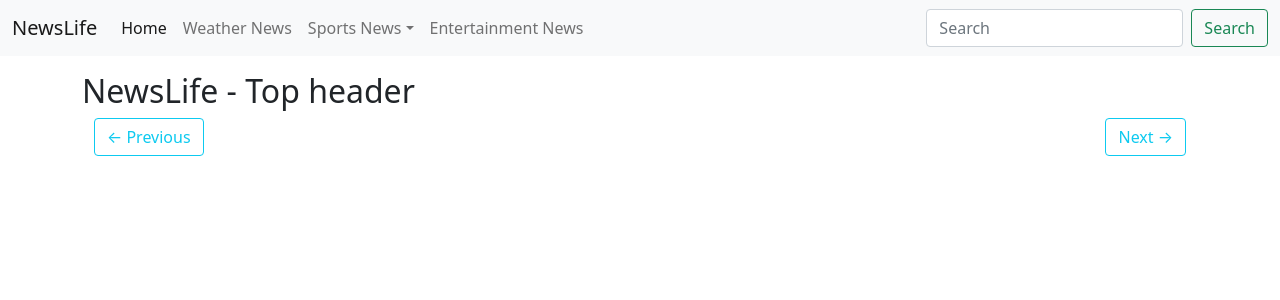
Repository: R-cpu-jpg/Newsapp.github.io
Page: /
The author's editor kept a copy of each file at every save. The page is drawn from the files as they stood at one save, then again after the next save.
The browser window is 1280 px wide. The pictures show the whole page.
The page's requests for data from a server got no answer. The project was rebuilt for these pictures with package versions that can differ from the ones it lists, and the page was loaded fresh each time. No one was signed in, and anything a server would have sent is missing. Also part of the build but not shown: src/index.css, src/App.css, src/Components/NewsItem.js.

Above is the page before, as saved 2023-01-19 12:00:48.

### public/index.html
<!DOCTYPE html>
<html lang="en">
  <head>
    <meta charset="utf-8" />
    <link rel="icon" href="%PUBLIC_URL%/favicon.ico" />
    <meta name="viewport" content="width=device-width, initial-scale=1" />
    <meta name="theme-color" content="#000000" />
    <meta
      name="description"
      content="NewsLife is the site who grab the most of useful information about the all our world. It is also international website that contains the latest news. If you are interested in news of Weather, Politics, Sports, and Film industries. NewsLife is only for you."
    />
    <link rel="apple-touch-icon" href="%PUBLIC_URL%/logo192.png" />
    <!--
      manifest.json provides metadata used when your web app is installed on a
      user's mobile device or desktop. See https://developers.google.com/web/fundamentals/web-app-manifest/
    -->
    <link rel="manifest" href="%PUBLIC_URL%/manifest.json" />
    <link href="https://cdn.jsdelivr.net/npm/bootstrap@5.0.2/dist/css/bootstrap.min.css" rel="stylesheet" integrity="sha384-EVSTQN3/azprG1Anm3QDgpJLIm9Nao0Yz1ztcQTwFspd3yD65VohhpuuCOmLASjC" crossorigin="anonymous">
    <!--
      Notice the use of %PUBLIC_URL% in the tags above.
      It will be replaced with the URL of the `public` folder during the build.
      Only files inside the `public` folder can be referenced from the HTML.

      Unlike "/favicon.ico" or "favicon.ico", "%PUBLIC_URL%/favicon.ico" will
      work correctly both with client-side routing and a non-root public URL.
      Learn how to configure a non-root public URL by running `npm run build`.
    -->
    <title>NewsLife - get daily news free!</title>
  </head>
  <body>
    <noscript>You need to enable JavaScript to run this app.</noscript>
    <div id="root"></div>
    <!--
      This HTML file is a template.
      If you open it directly in the browser, you will see an empty page.

      You can add webfonts, meta tags, or analytics to this file.
      The build step will place the bundled scripts into the <body> tag.

      To begin the development, run `npm start` or `yarn start`.
      To create a production bundle, use `npm run build` or `yarn build`.
    -->
    <script src="https://cdn.jsdelivr.net/npm/@popperjs/core@2.9.2/dist/umd/popper.min.js" integrity="sha384-IQsoLXl5PILFhosVNubq5LC7Qb9DXgDA9i+tQ8Zj3iwWAwPtgFTxbJ8NT4GN1R8p" crossorigin="anonymous"></script>
<script src="https://cdn.jsdelivr.net/npm/bootstrap@5.0.2/dist/js/bootstrap.min.js" integrity="sha384-cVKIPhGWiC2Al4u+LWgxfKTRIcfu0JTxR+EQDz/bgldoEyl4H0zUF0QKbrJ0EcQF" crossorigin="anonymous"></script>
  </body>
</html>

### src/App.js

import './App.css';

import React, { Component } from 'react'
import Navbar from './Components/Navbar';
import News from './Components/News';

export default class App extends Component {
  render() {
    return (
      <div>
        <Navbar/>
        <News/>
      </div>
    )
  }
}

### src/Components/Navbar.js
import React, { Component } from 'react'

export class Navbar extends Component {

  render() {
    return (
      <div>
        <nav className="navbar navbar-expand-lg navbar-light bg-light">
            <div className="container-fluid">
                <a className="navbar-brand" href="#">NewsLife</a>
                <button className="navbar-toggler" type="button" data-bs-toggle="collapse" data-bs-target="#navbarSupportedContent" aria-controls="navbarSupportedContent" aria-expanded="false" aria-label="Toggle navigation">
                <span className="navbar-toggler-icon"></span>
                </button>
                <div className="collapse navbar-collapse" id="navbarSupportedContent">
                <ul className="navbar-nav me-auto mb-2 mb-lg-0">
                    <li className="nav-item">
                    <a className="nav-link active" aria-current="page" href="/">Home</a>
                    </li>
                    <li className="nav-item">
                    <a className="nav-link" href="/">Weather News</a>
                    </li>
                    <li className="nav-item dropdown">
                    <a className="nav-link dropdown-toggle" href="/" id="navbarDropdown" role="button" data-bs-toggle="dropdown" aria-expanded="false">
                        Sports News
                    </a>
                    <ul className="dropdown-menu" aria-labelledby="navbarDropdown">
                        <li><a className="dropdown-item" href="/">Basketball</a></li>
                        <li><a className="dropdown-item" href="/">Football</a></li>
                        <li><a className="dropdown-item" href="/">Hockey</a></li>
                        <li><a className="dropdown-item" href="/">Badminton</a></li>
                        <li><a className="dropdown-item" href="/">judo</a></li>
                        <li><hr className="dropdown-divider"/></li>
                        <li><a className="dropdown-item" href="/">More....</a></li>
                    </ul>
                    </li>
                    <li className="nav-item">
                    <a className="nav-link" href="/">Entertainment News</a>
                    </li>
                </ul>
                <form className="d-flex">
                    <input className="form-control me-2" type="search" placeholder="Search" aria-label="Search"/>
                    <button className="btn btn-outline-success" type="submit">Search</button>
                </form>
                </div>
            </div>
        </nav>
      </div>
    )
  }
}

export default Navbar

### src/Components/News.js
import React, { Component } from 'react';

import { NewsItem } from './NewsItem';

      export class News extends Component {
          constructor(){
              super();
              this.state = {
                  articles: [],
                  loading: false,
                  page:1,

          }
      }

      async componentDidMount(){
          let url = "https://newsapi.org/v2/top-headlines?country=in&apiKey=12c50882365b459b917dc014159fcd84&page=1pageSize=10";
          let data = await fetch(url);
          let parsedData = await data.json()
          console.log(parsedData);
          this.setState({articles: parsedData.articles})

      }

      handlePrevCheck = async () => {
          console.log("Previous");
          let url = `https://newsapi.org/v2/top-headlines?country=in&apiKey=12c50882365b459b917dc014159fcd84&page=${this.state.page - 1}`;
          let data = await fetch(url);
          let parsedData = await data.json()
          console.log(parsedData);
          this.setState({
            page: this.state.page - 1,
            articles: parsedData.articles
          })
      }

      handleNextCheck = async () => {
        console.log("Next");
        let url = `https://newsapi.org/v2/top-headlines?country=in&apiKey=12c50882365b459b917dc014159fcd84&page=${this.state.page + 1}`;
        let data = await fetch(url);
        let parsedData = await data.json()
        console.log(parsedData);
        this.setState({
          page: this.state.page + 1,
          articles: parsedData.articles
        })
      }


    render() {
        return (
            <div className="container my-3">
                <h2>NewsLife - Top header</h2>
                <div className="row">
                {this.state.articles.map((element)=>{
                return  <div className="col-md-4" key={element.url}>
                          <NewsItem title={element.title?element.title. slice(0, 45):""} description={element.description?element.description. slice(0, 88):""} imageUrl={element.urlToImage} newsUrl={element.url}></NewsItem>
                        </div>
                })}
                </div>
                <div className="container d-flex justify-content-between">
                  <button type="button" class="btn btn-outline-info" onClick={this.handlePrevCheck}> &larr; Previous</button>
                  <button type="button" class="btn btn-outline-info" onClick={this.handleNextCheck}>Next &rarr;</button>
                </div>
            </div>
        )
    }
  }

export default News

Loaded but not shown: src/index.js (common file); src/reportWebVitals.js (common file)

After the next save:
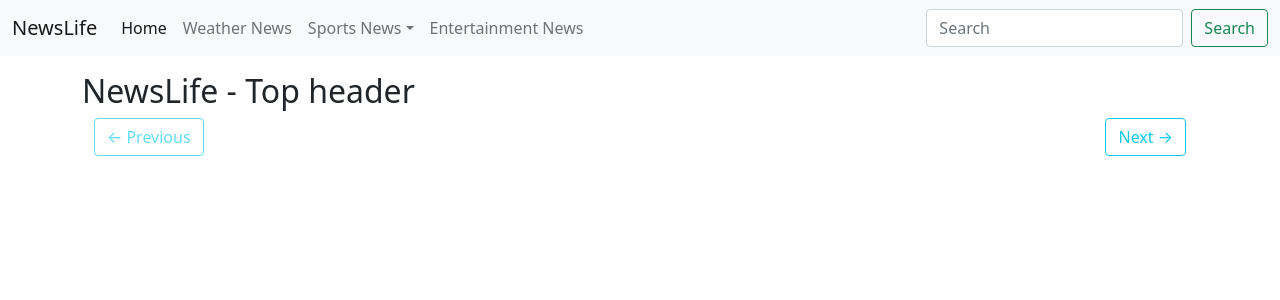
Saved 9 min 46 s later.
--- a/src/Components/News.js
+++ b/src/Components/News.js
@@ -59,7 +59,7 @@
                 })}
                 </div>
                 <div className="container d-flex justify-content-between">
-                  <button type="button" class="btn btn-outline-info" onClick={this.handlePrevCheck}> &larr; Previous</button>
+                  <button disabled={this.state.page<=1} type="button" class="btn btn-outline-info" onClick={this.handlePrevCheck}> &larr; Previous</button>
                   <button type="button" class="btn btn-outline-info" onClick={this.handleNextCheck}>Next &rarr;</button>
                 </div>
             </div>
